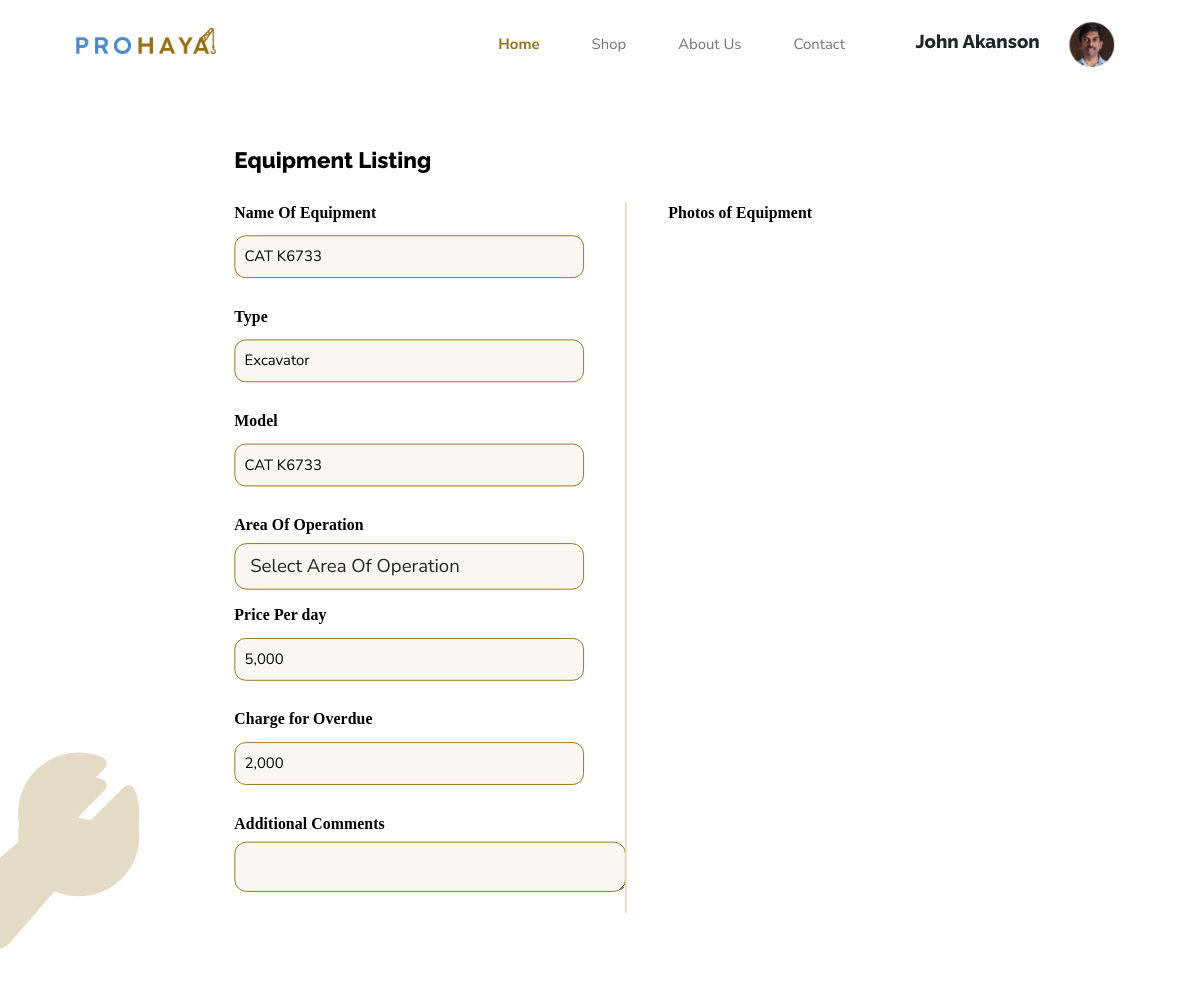
Repository: stormcelltech/Prohaya-UI
Page: Prohaya-UI/equipment_listing.html
The author's editor kept a copy of each file at every save. The page is drawn from the files as they stood at one save, then again after the next save.
The browser window is 1280 px wide. The pictures show the whole page, at 93% of full size.
Some web libraries are served in a nearby version.

Above is the page before, as saved 2022-04-14 04:03:08.
Console error: TypeError: $(...).owlCarousel is not a function

After the next save:
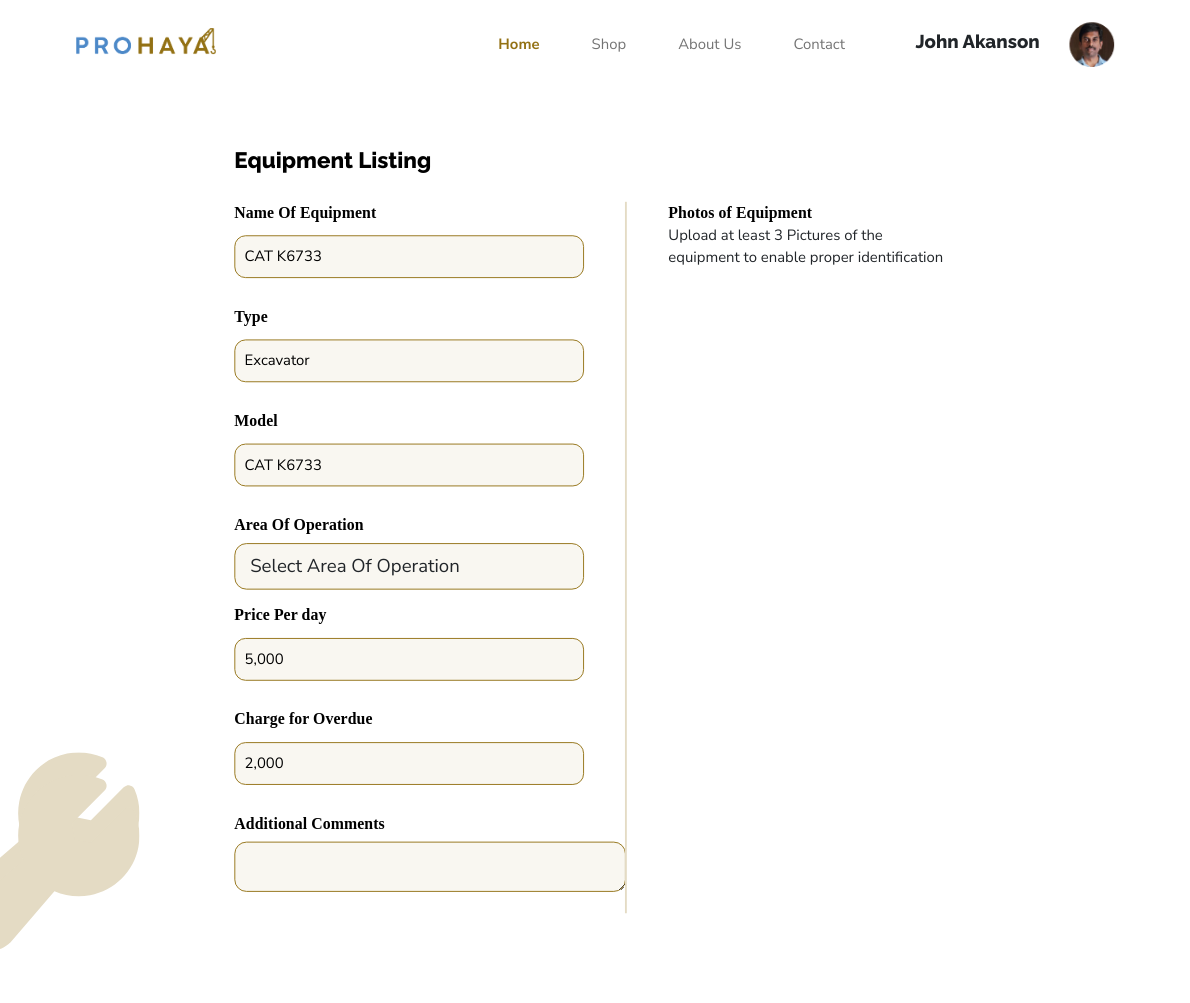
Saved 2 min 35 s later.
--- a/Prohaya-UI/equipment_listing.html
+++ b/Prohaya-UI/equipment_listing.html
@@ -108,6 +108,7 @@
 
                         <div class="col-md-5">
                             <strong class="custom_photo_section">Photos of Equipment</strong>
+                            <p>Upload at least 3 Pictures of the equipment to enable proper identification</p>
                         </div>
                     </div>
                 </form>
